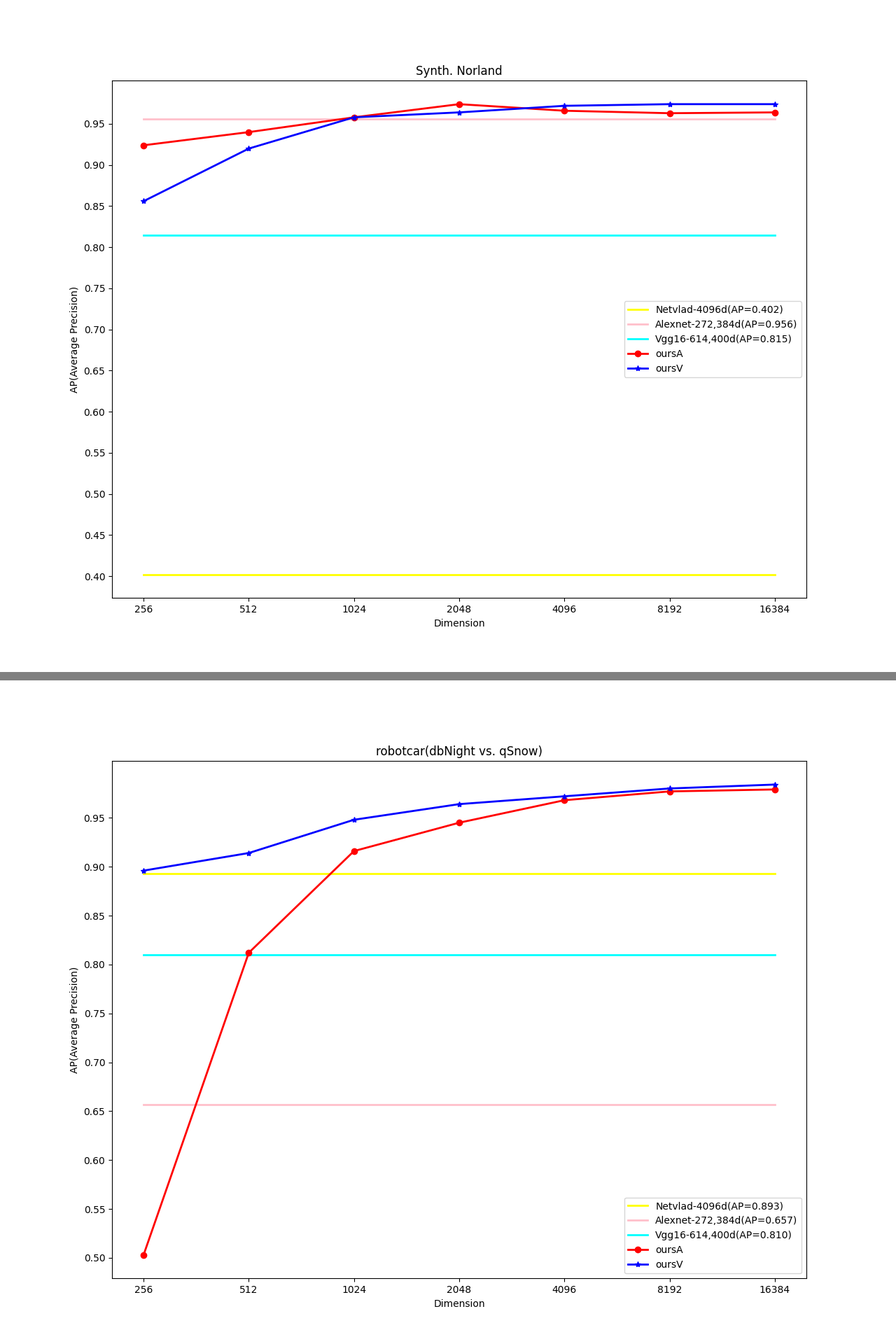
Repository: MedlarTea/CAE-VPR
Script's output: python examples/evaluator/evaluate_convAuto.py
The author's editor kept a copy of each file at every save. The script's output is drawn from the files as they stood at one save, then again after the next save.
The pictures show rows 0 to 1920 of an output 2916 px tall, at 70% of full size.
Each picture stacks the figures in order, with grey between them; figures that are only written to a file come last. Random numbers start from a fixed seed.

Above is the script's output before, as saved 2021-04-13 21:16:56.

After the next save:
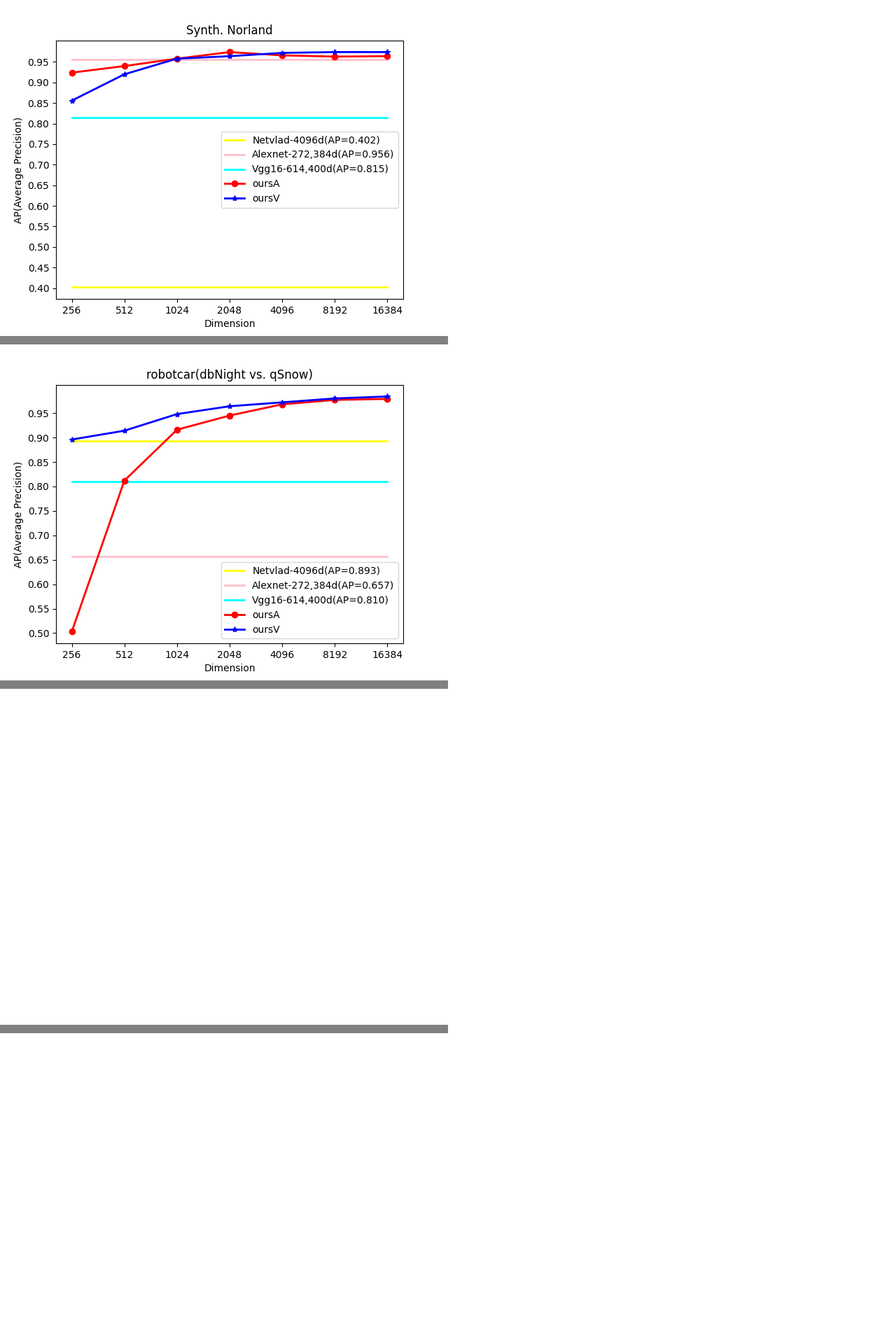
Saved 23 min 11 s later.
--- a/examples/evaluator/evaluate_convAuto.py
+++ b/examples/evaluator/evaluate_convAuto.py
@@ -7,7 +7,7 @@ def drawWithDimension(dataset, dimensions, netvlad, alexnet, vgg16, oursA, oursV
     alexnet_list = [alexnet]*len(dimensions)
     vgg16_list = [vgg16]*len(dimensions)
 
-    plt.figure(figsize=(12.8, 9.6))
+    plt.figure(figsize=(6.4, 4.8))
     plt.title('{}'.format(dataset))
     plt.xlabel('Dimension')
     plt.ylabel('AP(Average Precision)')
